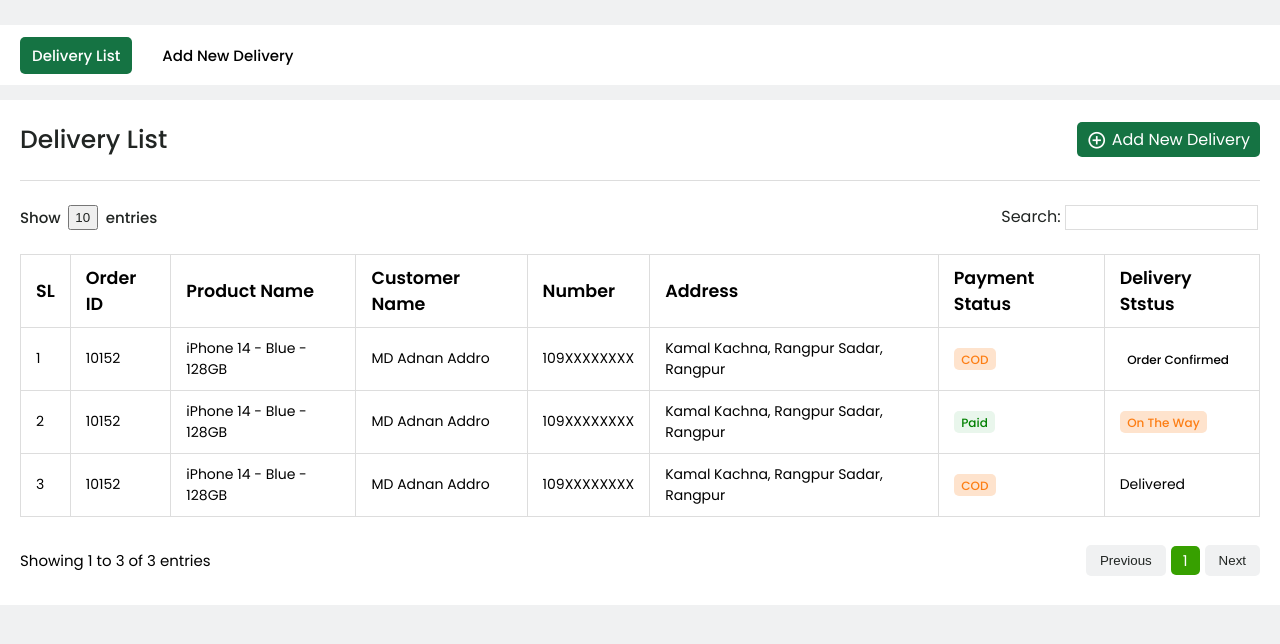
Repository: codebyaddro/delivery-page
Page: delivery.html
An editor plug-in stored every save of this project. The page is shown before and after a run of saves, followed by the edit.
The browser window is 1280 px wide. The pictures show the whole page.

Above is the page before, as saved 2025-02-27 14:09:36.

### delivery.html
<!DOCTYPE html>
<html lang="en">
<head>
    <meta charset="UTF-8">
    <meta name="viewport" content="width=device-width, initial-scale=1.0">
    <link rel="stylesheet" href="/delivery.css">
    <link href='https://unpkg.com/boxicons@2.1.4/css/boxicons.min.css' rel='stylesheet'>
    <title>Document</title>
</head>
<body>
    <div class="brand-container">
        <div class="top-menus">
            <ul>
                <li><a href="/index.html" class="active-menu">Delivery List</a></li>
                <li><a href="/inner-page/html/anb.html" class="light-up">Add New Delivery</a></li>
            </ul>
        </div>
        <div class="list-container">
            <div class="heading-add-new-btn">
                <div class="heading">
                    <h2>Delivery List</h2>
                </div>
                <div class="add-new-btn">
                    <i class='add-icon bx bx-plus-circle'></i>
                    <a href="/inner-page/html/anb.html">Add New Delivery</a>
                </div>
            </div>
            <div class="list-short-dpdwn-search-box">
                <div class="list-short-dpdwn">
                    <h3>Show</h3>
                    <select name="10" id="">
                        <option value="">10</option>
                        <option value="">20</option>
                        <option value="">30</option>
                        <option value="">All</option>
                    </select>
                    <h3>entries</h3>
                </div>
                <div class="search-box">
                    <legend>Search: <input type="text"></legend>
                </div>
            </div>
            <div class="table-list">
                <table>
                    <thead>
                        <tr>
                            <th title="SL">SL</th>
                            <th title="Code">Order ID</th>
                            <th title="Code">Product Name</th>
                            <th title="Code">Customer Name</th>
                            <th title="Category Name">Number</th>
                            <th title="Category Name">Address</th>
                            <th title="Status">Payment Status</th>
                            <th title="Action">Delivery Ststus</th>
                        </tr>
                    </thead>
                    <tbody>
                        <tr>
                            <td>1</td>
                            <td>10152</td>
                            <td>iPhone 14 - Blue - 128GB</td>
                            <td>MD Adnan Addro</td>
                            <td>109XXXXXXXX</td>
                            <td>Kamal Kachna, Rangpur Sadar, Rangpur</td>
                            <td><span class="ps-cod">COD</span></td>
                            <td><span class="ds-ocon">Order Confirmed</span></td>
                        </tr>
                        <tr>
                            <td>2</td>
                            <td>10152</td>
                            <td>iPhone 14 - Blue - 128GB</td>
                            <td>MD Adnan Addro</td>
                            <td>109XXXXXXXX</td>
                            <td>Kamal Kachna, Rangpur Sadar, Rangpur</td>
                            <td><span class="ps-paid">Paid</span></td>
                            <td><span class="ds-otw">On The Way</span></td>
                        </tr>
                        <tr>
                            <td>3</td>
                            <td>10152</td>
                            <td>iPhone 14 - Blue - 128GB</td>
                            <td>MD Adnan Addro</td>
                            <td>109XXXXXXXX</td>
                            <td>Kamal Kachna, Rangpur Sadar, Rangpur</td>
                            <td><span class="ps-cod">COD</span></td>
                            <td><span class="ds-deld">Delivered</span></td>
                        </tr>
                    </tbody>
                </table>
            </div>
            <div class="entries-details-list-page-btn">
                <div class="entries-details">
                    Showing <span>1</span> to <span>3</span> of <span>3</span> entries
                </div>
                <div class="list-page-btn">
                    <button>Previous</button>
                    <h4><span>1</span></h4>
                    <button>Next</button>
                </div>
            </div>
        </div>
    </div>
</body>
</html>

### delivery.css
/* -- fonts -- */
@import url('https://fonts.googleapis.com/css2?family=Poppins:ital,wght@0,100;0,200;0,300;0,400;0,500;0,600;0,700;0,800;0,900;1,100;1,200;1,300;1,400;1,500;1,600;1,700;1,800;1,900&family=Raleway:ital,wght@0,100..900;1,100..900&family=Roboto:ital,wght@0,100;0,300;0,400;0,500;0,700;0,900;1,100;1,300;1,400;1,500;1,700;1,900&family=VT323&display=swap');

/* -- root -- */

:root {
    --gray-white: #F0F1F2;
    --white: #FFFFFF;
    --black: #000000;
    --gray-black: #DDDDDD;
    --light-black: #212523;
    --light-black-op: #21252350;
    --main-green: #157343;
    --main-light: #37A000;
    --orange: #FD7E14;
    --lt-orange: #fee3cd;
    --green: #008000;
    --light-green: #e9f6ec;
    --red: #FF0000;
    --light-red: #fbeaec;
    --blue: 0000ff;
    ---lt-blue: #e6e6ff;
}

/* ---------- */

* {
    box-sizing: border-box;
}

body {
    margin: 0;
    padding: 0;
    font-family: "Poppins", serif;
    background-color: var(--gray-white);
}

::selection {
    color: var(--white);
    background-color: var(--main-light);
}

/* -- category container style -- */

.brand-container {
    width: 100%;
    margin-top: 25px;
}

/* -- top menus style--  */

.top-menus {
    background-color: var(--white);
    display: flex;
    justify-content: left;
    align-items: center;
    height: 60px;
    margin-bottom: 15px;
}

.top-menus ul {
    list-style-type: none;
    display: flex;
    gap: 30px;
    margin-left: -20px;
}

.top-menus ul li a {
    text-decoration: none;
    color: var(--black);
    font-size: 15px;
    font-weight: 500;
}

/* -- active menu style -- */

.active-menu {
    color: var(--white)!important;
    background-color: var(--main-green);
    padding: 8px 12px;
    border-radius: 5px;
}

/* -- menu hover style -- */

.light-up:hover {
    color: var(--light-orange);
}

/* -- list container style -- */

.list-container {
    background-color: var(--white);
    padding: 0px 20px;
}

/* -- heading-add-new-btn style -- */

.heading-add-new-btn {
    display: flex;
    justify-content: space-between;
    align-items: center;
    border-bottom: 1px solid var(--gray-black) ;
}

.heading h2 {
    color: var(--light-black);
    font-size: 25px;
    font-weight: 500;
}

/* -- add-new-btn style -- */

.add-new-btn {
    display: flex;
    gap: 5px;
    justify-content: baseline;
    align-items: center;
}

.add-new-btn {
    background-color: var(--main-green);
    padding: 5px 10px;
    border-radius: 5px;
}

.add-new-btn a {
    color: var(--white);
    text-decoration: none;
}

.add-icon {
    color: var(--white);
    font-size: 20px;
}

/* -- list-short-dpdwn-search-box style -- */

.list-short-dpdwn-search-box {
    display: flex;
    justify-content: space-between;
    align-items: center;
    padding: 10px 0px;
}

/* -- list-short-dpdwn style -- */

.list-short-dpdwn {
    display: flex;
    gap: 7.5px;
    align-items: center;
}

.list-short-dpdwn h3 {
    color: var(--light-black);
    font-size: 15px;
    font-weight: 500;
}

.list-short-dpdwn select {
    color: var(--light-black);
    appearance: none;
    height: 25px;
    width: 30px;
    padding-left: 6px;
    outline: none;
    border-radius: 2.5px;
}

/* -- search-box style -- */

.search-box {
    display: flex;
    align-items: center;
}

.search-box legend {
    color: var(--light-black);
}

.search-box input {
    outline: none;
    height: 25px;
    width: 193px;
    border: 1px solid var(--gray-black);
}

/* -- table-list style --*/

table {
    border-collapse: collapse;
    width: 100%;
}

/* -- thead style -- */

thead {
    cursor: pointer;
}

th, td {
    border: 1px solid var(--gray-black);
    padding: 10px 15px;
}

thead tr th {
    font-size: 17.5px;
    font-weight: 600;
    text-align: left;
}

tbody tr td {
    font-size: 14px;
}

tbody tr:hover {
    background-color: var(--gray-white);
}

/* -- tbody style -- */

/* payment status style */

.ps-paid {
    color: var(--green);
    background-color: var(--light-green);
    font-size: 12px;
    font-weight: 500;
    padding: 2.5px 7.5px;
    border-radius: 5px;
}

.ps-cod {
    color: var(--orange);
    background-color: var(--lt-orange);
    font-size: 12px;
    font-weight: 500;
    padding: 2.5px 7.5px;
    border-radius: 5px;
}

/* delivery status style */

.ds-ocon {
    color: var(--blue);
    background-color: var(--lt-blue);
    font-size: 12px;
    font-weight: 500;
    padding: 2.5px 7.5px;
    border-radius: 5px;
}

.ds-otw {
    color: var(--orange);
    background-color: var(--lt-orange);
    font-size: 12px;
    font-weight: 500;
    padding: 2.5px 7.5px;
    border-radius: 5px;
}

.ds- {
    color: var(--orange);
    background-color: var(--lt-orange);
    font-size: 12px;
    font-weight: 500;
    padding: 2.5px 7.5px;
    border-radius: 5px;
}

/* -- action style -- */

.edit-icon {
    color: var(--green);
    background-color: var(--light-green);
    padding: 7px 7px;
    margin-right: 2.5px;
    border: 1px solid var(--green);
    font-size: 20px;
}

.edit-icon:hover {
    background-color: var(--light-black-op);
}

.delete-icon {
    color: var(--red);
    background-color: var(--light-red);
    padding: 7px 7px;
    margin-left: 2.5px;
    border: 1px solid var(--red);
    font-size: 20px;
}

.delete-icon:hover {
    background-color: var(--light-black-op);
}

/* -- entries-details-list-page-btn style -- */

.entries-details-list-page-btn {
    display: flex;
    justify-content: space-between;
    align-items: center;
    padding: 10px 0px;
}

.entries-details {
    color: var(--black);
    font-size: 15px;
}

.list-page-btn {
    display: flex;
    gap: 5px;
    align-items: center;
}

.list-page-btn button {
    color: var(--light-black);
    background-color: var(--gray-white);
    padding: 8px 14px;
    border: none;
    border-radius: 5px;
    cursor: pointer;
}

.list-page-btn h4 {
    color: var(--white);
    background-color: var(--main-light);
    font-size: 15px;
    font-weight: 400;
    padding: 3px 12px;
    border-radius: 5px;
}

After the next 3 saves:
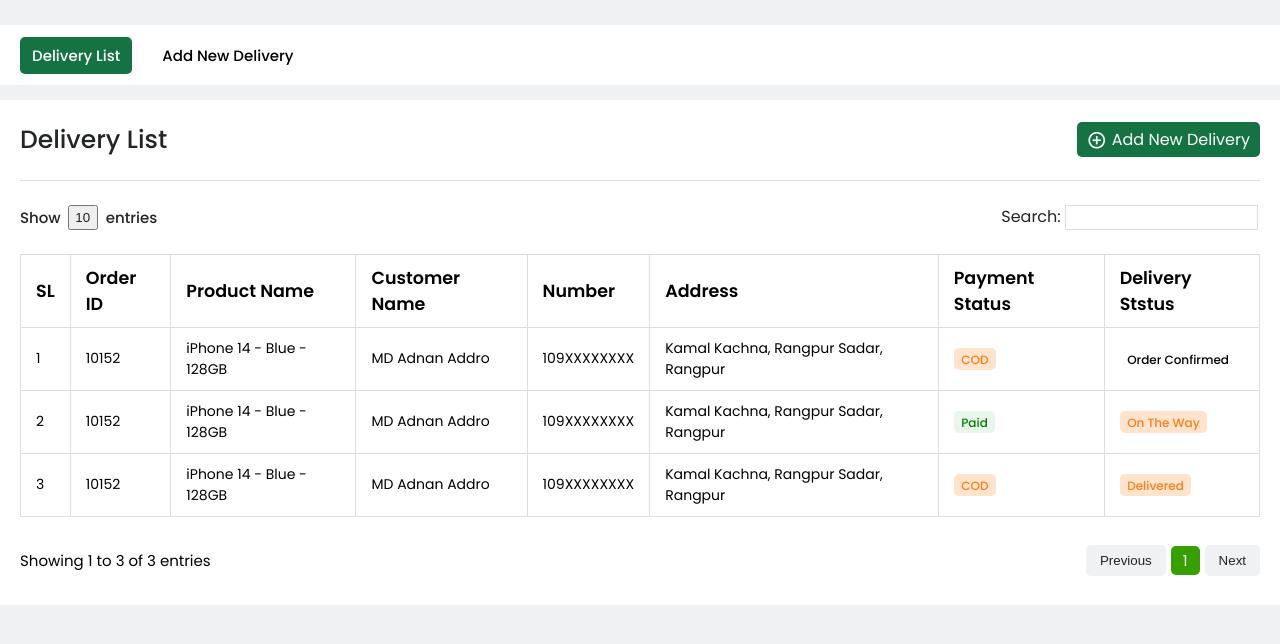
The 3 saves are shown as one change because they came seconds apart.
The last was saved 9 s later.
--- a/delivery.css
+++ b/delivery.css
@@ -259,7 +259,7 @@ tbody tr:hover {
     border-radius: 5px;
 }
 
-.ds- {
+.ds-deld {
     color: var(--orange);
     background-color: var(--lt-orange);
     font-size: 12px;
